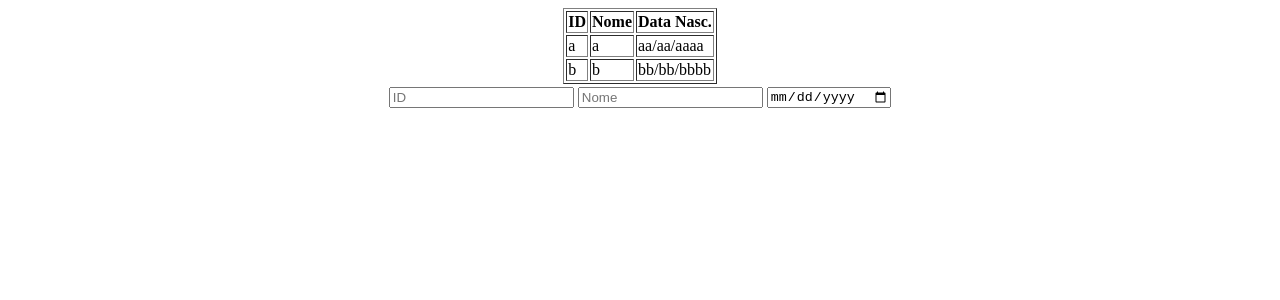
Repository: Frm2003/Laboratorio-de-Banco-de-Dados
Page: ExemploHTML/src/main/webapp/index.html
These files come from the project's save history. The page is drawn as it stood at one moment and after the next save; the edit follows.
The browser window is 1280 px wide. The pictures show the whole page.

Above is the page before, as saved 2023-08-08 12:52:47.

### ExemploHTML/src/main/webapp/index.html
<!DOCTYPE html>
<html>

<head>
	<meta charset="ISO-8859-1">
	<title>Exemplo</title>
</head>

<body>
	<div align="center">
		<table border="1">
			<thead>
				<tr>
					<th><b>ID</b></th>
					<th><b>Nome</b></th>
					<th><b>Data Nasc.</b></th>
				</tr>
			</thead>
			<tbody>
				<tr>
					<td>a</td>
					<td>a</td>
					<td>aa/aa/aaaa</td>
				</tr>
				<tr>
					<td>b</td>
					<td>b</td>
					<td>bb/bb/bbbb</td>
				</tr>
			</tbody>
		</table>
	</div>

	<div align="center">
		<table>
			<tr>
				<td>
					<input type="number" id="id" name="id" min="0" step="1" placeholder="ID" required="required">
				</td>
				<td>
					<input type="text" id="nome" name="nome" placeholder="Nome" required="required">
				</td>
				<td>
					<input type="date" id="dataNasc" name="dataNasc" placeholder="Data de Nasc." required="required">
				</td>
			</tr>
		</table>
	</div>

</body>

</html>

After the next save:
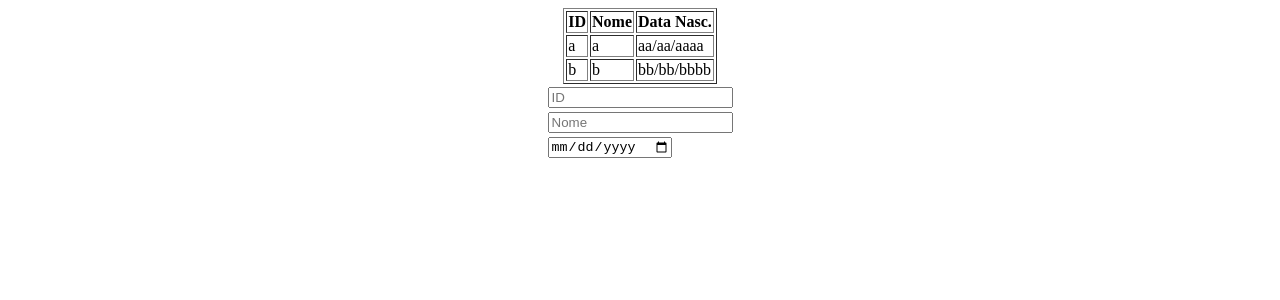
Saved 57 s later.
--- a/ExemploHTML/src/main/webapp/index.html
+++ b/ExemploHTML/src/main/webapp/index.html
@@ -37,9 +37,13 @@
 				<td>
 					<input type="number" id="id" name="id" min="0" step="1" placeholder="ID" required="required">
 				</td>
+			</tr>
+			<tr>
 				<td>
 					<input type="text" id="nome" name="nome" placeholder="Nome" required="required">
 				</td>
+			</tr>
+			<tr>
 				<td>
 					<input type="date" id="dataNasc" name="dataNasc" placeholder="Data de Nasc." required="required">
 				</td>
